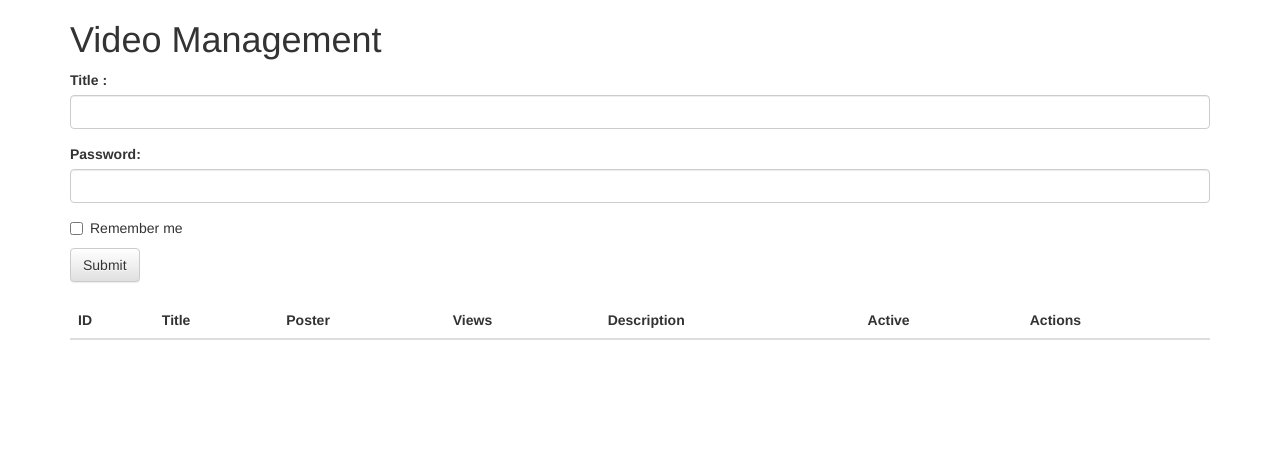
Repository: Hacorbie/Java-Servlet
Page: http://localhost/ASM_JV4/views/User.jsp
The author's editor kept a copy of each file at every save. The page is drawn from the files as they stood at one save, then again after the next save.
The browser window is 1280 px wide. The pictures show the whole page.
Some web libraries are served in a nearby version. The page is served by Tomcat 9. Other server files are loaded and not shown. The template is opened directly, without the code that normally fills it, so the values that code supplies are empty.

Above is the page before, as saved 2023-04-08 17:34:02.

### ASM_JV4/src/main/webapp/views/User.jsp
<%@ page language="java" contentType="text/html; charset=UTF-8"
	pageEncoding="UTF-8"%>
<%@ taglib uri="http://java.sun.com/jsp/jstl/core" prefix="c"%>
<!DOCTYPE html>
<html>
<head>
<meta charset="UTF-8">
<title>Video Management</title>
<!-- Thêm các file CSS Bootstrap -->
<link rel="stylesheet"
	href="https://maxcdn.bootstrapcdn.com/bootstrap/3.3.7/css/bootstrap.min.css">
<link rel="stylesheet"
	href="https://maxcdn.bootstrapcdn.com/bootstrap/3.3.7/css/bootstrap-theme.min.css">
</head>
<body>
	<div class="container">
		<h1>Video Management</h1>
		<!-- Form thêm mới video -->
		<form method="post" action="VideoController">
			<div class="form-group">
    <label for="title">Title :</label>
    <input type="text" class="form-control" name ="title">
  </div>
  <div class="form-group">
    <label for="pwd">Password:</label>
    <input type="password" class="form-control" id="pwd">
  </div>
  <div class="checkbox">
    <label><input type="checkbox"> Remember me</label>
  </div>
  <button type="submit" class="btn btn-default">Submit</button>
		</form>
		<br>
		<!-- Bảng hiển thị danh sách video -->
		<table class="table">
			<thead>
				<tr>
					<th>ID</th>
					<th>Title</th>
					<th>Poster</th>
					<th>Views</th>
					<th>Description</th>
					<th>Active</th>
					<th>Actions</th>
				</tr>
			</thead>
			<tbody>
				<c:forEach var="video" items="${videos}">
					<tr>
						<td>${video.id}</td>
						<td>${video.title}</td>
						<td>${video.poster}</td>
						<td>${video.views}</td>
						<td>${video.description}</td>
						<td>${video.active}</td>
						<td>
							<!-- Form chỉnh sửa video -->
							<form method="post" action="VideoController" class="form-inline">
								<input type="hidden" name="action" value="edit"> <input
									type="hidden" name="id" value="${video.id}">
								<div class="form-group">
									<label for="title">Title:</label> <input type="text"
										class="form-control" id="title" name="title"
										value="${video.title}" required>
								</div>
								<div class="form-group">
									<label for="poster">Poster:</label> <input type="text"
										class="form-control" id="poster" name="poster"
										value="${video.poster}" required>
								</div>
								<div class="form-group">
									<label for="description">Description:</label> <input
										type="text" class="form-control" id="description"
										name="description" value="${video.description}" required>
								</div>
								<div class="form-group">
									<label for="views">Views:</label> <input type="number"
										class="form-control" id="views" name="views"
										value="${video.views}" required>
								</div>
								<div class="form-group">
									<label for="active">Active:</label> <input type="checkbox"
										id="active" name="active"
										<c:if test="${video.active}">checked</c:if>>
								</div>
								<button type="submit" class="btn btn-primary">Update</button>
							</form> <!-- Form xóa video -->
							<form method="post" action="VideoController" class="form-inline">
								<input type="hidden" name="action" value="delete"> <input
									type="hidden" name="id" value="${video.id}">
								<button type="submit" class="btn btn-danger">Delete</button>
							</form>
						</td>
					</tr>
				</c:forEach>
			</tbody>
		</table>
	</div>
	<!-- Thêm các file JavaScript Bootstrap -->
	<script
		src="https://ajax.googleapis.com/ajax/libs/jquery/3.2.1/jquery.min.js"></script>
	<script
		src="https://maxcdn.bootstrapcdn.com/bootstrap/3.3.7/js/bootstrap.min.js"></script>

</body>
</html>

After the next save:
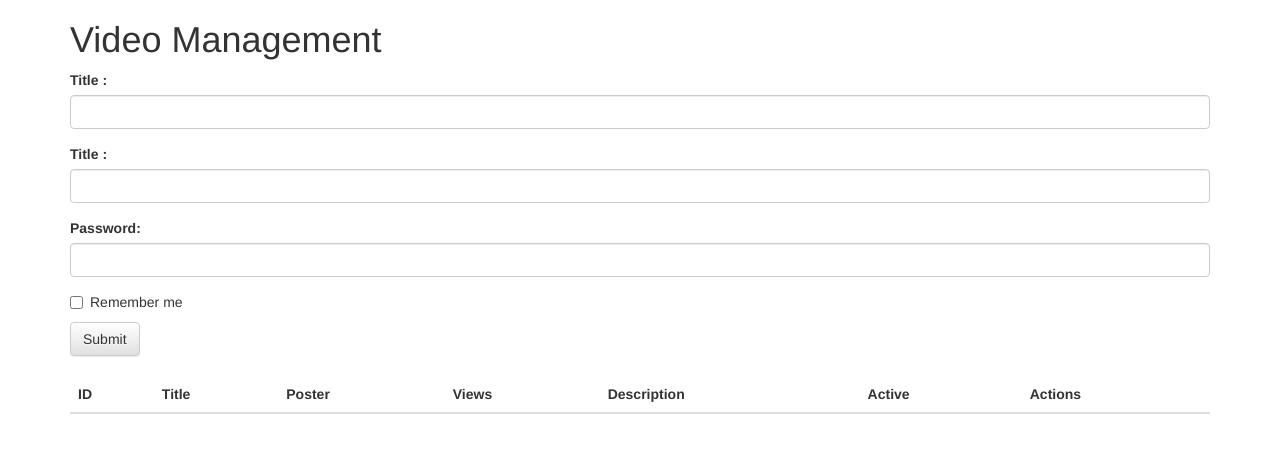
Saved 22 s later.
--- a/ASM_JV4/src/main/webapp/views/User.jsp
+++ b/ASM_JV4/src/main/webapp/views/User.jsp
@@ -17,6 +17,10 @@
 		<h1>Video Management</h1>
 		<!-- Form thêm mới video -->
 		<form method="post" action="VideoController">
+		<div class="form-group">
+    <label for="title">Title :</label>
+    <input type="text" class="form-control" name ="title">
+  </div>
 			<div class="form-group">
     <label for="title">Title :</label>
     <input type="text" class="form-control" name ="title">
